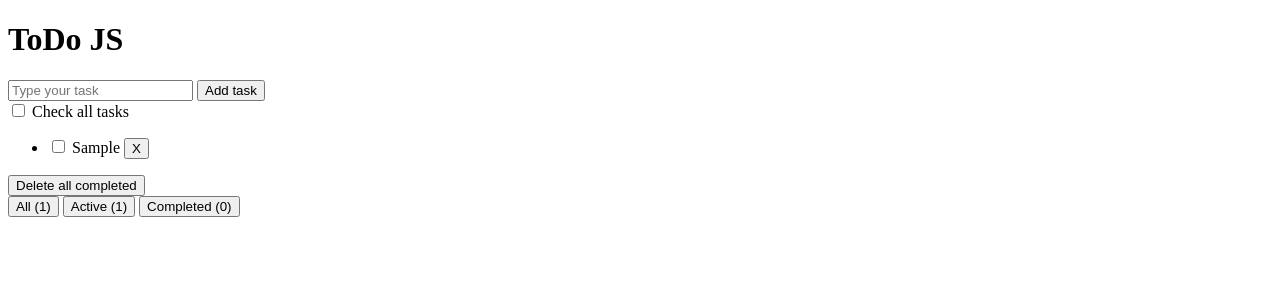
Repository: mklyagin/klyagin_todojs
Page: index.html
The author's editor kept a copy of each file at every save. The page is drawn from the files as they stood at one save, then again after the next save.
The browser window is 1280 px wide. The pictures show the whole page.
Empty fields were first filled with sample values (such as "Sample", 5 or name@example.com).
After loading, the first visible `#add-task-button` was clicked once.

Above is the page before, as saved 2024-02-26 13:02:56.

### index.html
<!DOCTYPE html>
<html lang="en">
  <head>
    <meta charset="UTF-8">
    <meta name="viewport" content="width=device-width, initial-scale=1.0">
    <title>ToDo JS</title>
    <link rel="stylesheet" href="./style.css">
  </head>
  <body>
    <h1>ToDo JS</h1>
    <input id="enter-task-input" placeholder="Type your task">
    <button type="button" id="add-task-button">Add task</button>
    <div>
      <input type="checkbox" id="check-all-checkbox">
      <span>Check all tasks</span>
    </div>
    <ul id="task-list"></ul>
    <button type="button" id="delete-all-completed-button">
      Delete all completed
    </button>
    <div id="tabulation">
      <button id="show-all">All (0)</button>
      <button id="show-active">Active (0)</button>
      <button id="show-completed">Completed (0)</button>
    </div>
    <div id="pagination"></div>
    <script src="./script.js"></script>
  </body>
</html>

### style.css

.hidden-element {
  display: none;
}

### script.js
const buttonTaskAdd = document.querySelector('#add-task-button');
const inputTask = document.querySelector('#enter-task-input');
const ulTask = document.querySelector('#task-list');
const checkAllCheckbox = document.querySelector('#check-all-checkbox');
const deleteAllCompletedButton = document.querySelector('#delete-all-completed-button');
const tabulationDiv = document.querySelector('#tabulation');
const paginationDiv = document.querySelector('#pagination');

const ENTER_KEY = 'Enter';
const ESCAPE_KEY = 'Escape';
const QUANITY_OF_TASKS = 5;

let taskList = [];
let taskListPages = [[]];
let filterType = 'all';

const checkAllTaskStates = () => {
  checkAllCheckbox.checked = taskList.length
    ? (taskList.every((task) => task.isDone))
    : false;
};

const listToPages = () => {
  taskListPages = [[]];
  let index = 0;
  taskList.forEach((task) => {
    if (taskListPages.length === QUANITY_OF_TASKS) {
      taskListPages.push([]);
      index += 1;
    }
    taskListPages[index].append(task);
  });
};

const taskFilter = (currentList) => {
  switch (filterType) {
    case ('all'):
      return taskList;
    case ('active'):
      currentList = taskList.filter((task) => !task.isDone);
      return currentList;
    case ('completed'):
      currentList = taskList.filter((task) => task.isDone);
      return currentList;
    default:
      return undefined;
  }
};

const taskValidation = () => {
  taskList.forEach((task) => {
    task.title = task.title.trim();
  });
  taskList = taskList.filter((task) => task.title.length);
};

const taskFilterCounter = () => {
  const counter = {
    total: taskList.length,
    active: (taskList.filter((task) => !task.isDone)).length,
    completed: (taskList.filter((task) => task.isDone)).length,
  };

  return counter;
};

const taskRender = () => {
  let listOfTasks = '';
  let currentList = [];
  taskValidation();
  currentList = taskFilter(currentList);

  currentList.forEach((task) => {
    listOfTasks
    += `<li id=${task.id}>
    <input type="checkbox" class="check-task" ${task.isDone ? 'checked' : ''}>
    <span class="task-title">${task.title}</span>
    <input hidden class="edit-task" id=${task.id} value=${task.title} >
    <button type="button" class="delete-task">X</button>
    </li>`;
  });
  ulTask.innerHTML = listOfTasks;
  checkAllTaskStates();
  const tabNumbers = taskFilterCounter();
  tabulationDiv.children[0].innerHTML = `All (${tabNumbers.total})`;
  tabulationDiv.children[1].innerHTML = `Active (${tabNumbers.active})`;
  tabulationDiv.children[2].innerHTML = `Completed (${tabNumbers.completed})`;
};

const addTask = () => {
  const task = {
    id: Date.now(),
    title: inputTask.value,
    isDone: false,
  };

  taskList.push(task);
  inputTask.value = '';
  taskRender();
};

const editVisibilityToggle = (target) => {
  target.hidden = !target.hidden;
  if (target.className === 'task-title') {
    target.nextElementSibling.hidden = !target.nextElementSibling.hidden;
    target.nextElementSibling.focus();
  } else {
    target.previousElementSibling.hidden = !target.previousElementSibling.hidden;
  }
};

const editMode = (event) => {
  if (event.target.className === 'edit-task') {
    if (event.key === ESCAPE_KEY) {
      taskRender();
    } else if (event.key === ENTER_KEY || (event.type === 'blur' && event.sourceCapabilities)) {
      event.target.value = event.target.value.trim();
      if (!event.target.value.length) {
        taskRender();
      } else {
        editVisibilityToggle(event.target.previousElementSibling);
        taskList.forEach((task) => {
          if (task.id === Number(event.target.id)) {
            task.title = event.target.value;
          }
        });
        taskRender();
      }
    }
  }
};

const eventUlHandlerListener = (event) => {
  const eventTaskID = Number(event.target.parentNode.id);
  const elemClass = event.target.className;
  if (elemClass === 'check-task') {
    taskList.forEach((task) => {
      if (task.id === eventTaskID) {
        task.isDone = event.target.checked;
      }
      checkAllTaskStates();
    });
    taskRender();
  } else if (elemClass === 'delete-task' && event.type === 'click') {
    taskList = taskList.filter((task) => task.id !== eventTaskID);
    taskRender();
  } else if (elemClass === 'task-title' && event.detail === 2) {
    editVisibilityToggle(event.target);
  }
};

const inputTaskListener = (event) => {
  if (event.key === ENTER_KEY) {
    addTask();
    inputTask.blur();
  }
};

const deleteCompleted = () => {
  taskList = taskList.filter((task) => !task.isDone);
  taskRender();
};

const checkAll = () => {
  taskList.forEach((task) => {
    task.isDone = checkAllCheckbox.checked;
  });
  taskRender();
};

const tabulationListener = (event) => {
  switch (event.target.id) {
    case ('show-all'):
      filterType = 'all';
      taskRender();
      break;
    case ('show-active'):
      filterType = 'active';
      taskRender();
      break;
    case ('show-completed'):
      filterType = 'completed';
      taskRender();
      break;
    default:
      break;
  }
};

ulTask.addEventListener('click', eventUlHandlerListener);
ulTask.addEventListener('blur', editMode, true);
ulTask.addEventListener('keydown', editMode);
buttonTaskAdd.addEventListener('click', addTask);
inputTask.addEventListener('keydown', inputTaskListener);
deleteAllCompletedButton.addEventListener('click', deleteCompleted);
checkAllCheckbox.addEventListener('click', checkAll);
tabulationDiv.addEventListener('click', tabulationListener);

After the next save:
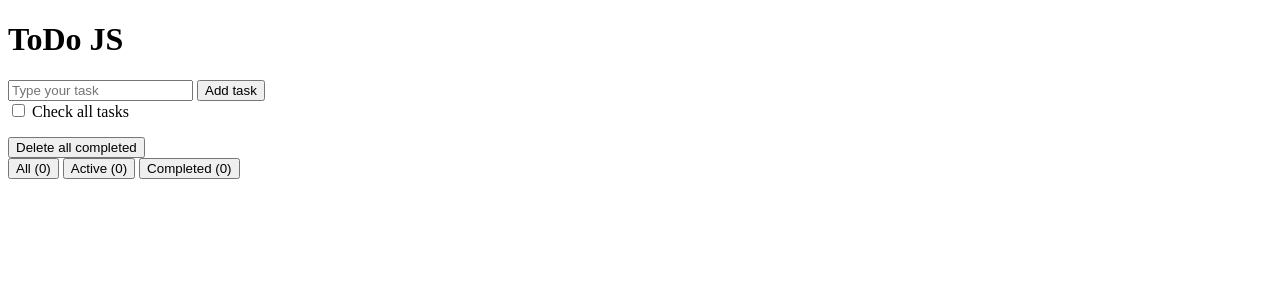
Console error: TypeError: taskListPages[index].append is not a function
Saved 60 s later.
--- a/script.js
+++ b/script.js
@@ -30,6 +30,7 @@ const listToPages = () => {
     }
     taskListPages[index].append(task);
   });
+  console.log(taskListPages.length);
 };
 
 const taskFilter = (currentList) => {
@@ -68,6 +69,7 @@ const taskRender = () => {
   let listOfTasks = '';
   let currentList = [];
   taskValidation();
+  listToPages();
   currentList = taskFilter(currentList);
 
   currentList.forEach((task) => {
